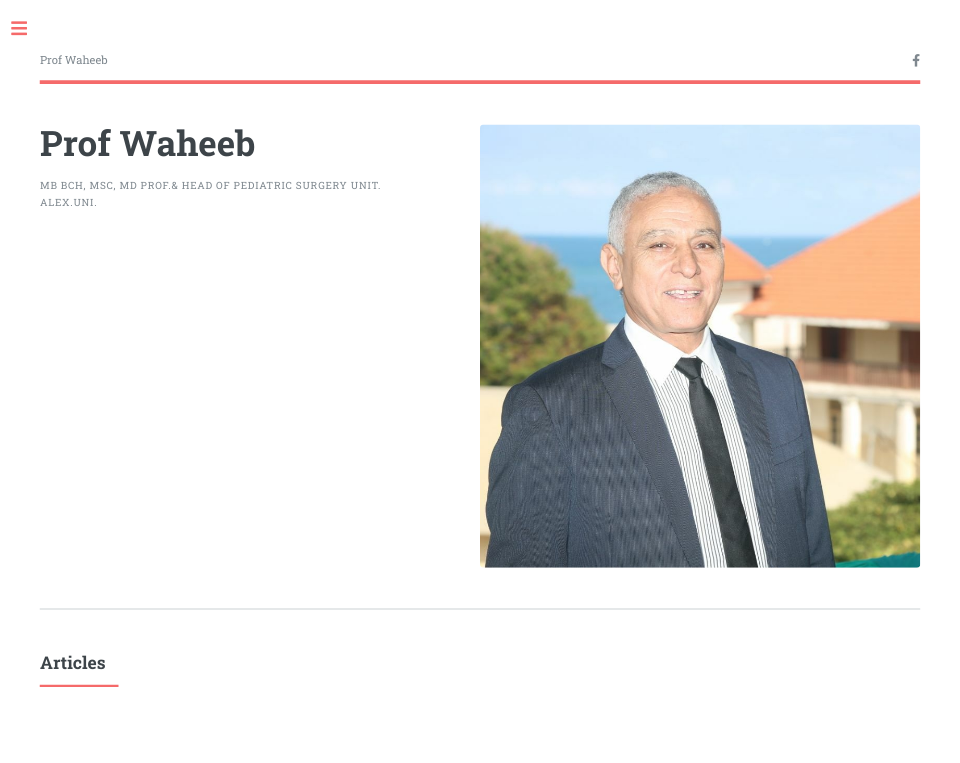
Repository: AmrHash/SaberWaheeb.github.io
Page: http://localhost/
An editor plug-in stored every save of this project. The page is shown before and after the next save, followed by the edit.
The browser window is 1280 px wide. The pictures show the whole page, at 75% of full size.
The page is served by the project's application, run on Django 3.2 (manage.py). Other server files are loaded and not shown. The page reads the database file committed with the project.

Above is the page before, as saved 2020-12-21 23:00:59.

### website/templates/index.html

{% load static %}

<!DOCTYPE HTML>

<html>
	<head>
		<title>Prof Waheeb</title>
		<meta charset="utf-8" />
		<meta name="viewport" content="width=device-width, initial-scale=1, user-scalable=no" />
		<link rel="stylesheet" href="{% static 'assets/css/main.css'%}"
	<body class="is-preload">

		<!-- Wrapper -->
			<div id="wrapper">

				<!-- Main -->
					<div id="main">
						<div class="inner">

							<!-- Header -->
								<header id="header">
									<a href="index.html" class="logo"><strong></strong>Prof Waheeb</a>
									<ul class="icons">

										<li><a href="https://www.facebook.com/saber.waheeb.7?fref=ts" class="icon brands fa-facebook-f"><span class="label">Facebook</span></a></li>

									</ul>
								</header>

							<!-- Banner -->
								<section id="banner">
									<div class="content">
										<header>
											<h1>Prof Waheeb<br />
											</h1>
											<p>MB BCH, MSc, MD
												Prof.& Head of pediatric surgery unit. Alex.Uni.</p>
										</header>
										<p></p>

									</div>
									<span class="image object">
										<img src="{% static 'images/profile.jpg'%}" alt="" />
									</span>
								</section>



							<!-- Section -->
								<section>
									<header class="major">
										<h2>
											Articles

										</h2>
									</header>
									<div class="posts">
										{% for post in object_list %}
										<article>
											<a href="{% url 'article-detail' post.pk %}" class="image"><img src="{{post.image}}" alt="" /></a>
											<h3>{{post.title}}</h3> <br>
											<h6> {{post.author}}</h6> <br>

											<p>{{post.body | slice:":200"}}</p>
											<ul class="actions">
												<li><a href="{% url 'article-detail' post.pk %}" class="button">More</a></li>
											</ul>
										</article>
										{% endfor %}
									</div>
								</section>

						</div>
					</div>

				<!-- Sidebar -->
					<div id="sidebar">
						<div class="inner">



							<!-- Menu -->
								<nav id="menu">
									<header class="major">
										<h2>Menu</h2>
									</header>
									<ul>
										<li><a href="{% url 'home'%}">Homepage</a></li>
										<li><a href="{% url 'contact'%}">Get an Appointment</a></li>
										<li><a href="{% url 'bio'%}">Bio</a></li>
										<span class="opener">For Doctors</span>
										<ul>
										<li><a href="{% url 'science'%}">Scientific Publication
										</a></li>
										<li><a href="{% url 'operation'%}">operations</a></li>

										</ul>
										</li>
										<li><a href="#">العربية</a></li>

										<li>

									</ul>
								</nav>



							<!-- Section -->
							<section>

								<li class="icon solid fa-envelope"><a href="#">information@untitled.tld</a></li>
								<li class="icon solid fa-phone">+2 01223312938</li>
								<li class="icon solid fa-home">7 st Ali Alkhshkhany - Al Azaritah
									Shatebi, Qesm Bab Sharqi,
									<br />
									Alexandria Governorate</li>
							</ul>
						</section>

					<!-- Footer -->
						<footer id="footer">
							<p class="copyright">&copy; All rights reserverd.
						</footer>

				</div>
			</div>

	</div>

<!-- Scripts -->
	<script src="{% static 'assets/js/jquery.min.js'%}"></script>
	<script src="{% static 'assets/js/browser.min.js'%}"></script>
	<script src="{% static 'assets/js/breakpoints.min.js'%}"></script>
	<script src="{% static 'assets/js/util.js'%}"></script>
	<script src="{% static 'assets/js/main.js'%}"></script>


</body>
</html>
</html>

### website/views.py
from django.shortcuts import render, get_list_or_404, get_object_or_404
from django.core.mail import send_mail
from django.views.generic import ListView, DetailView
from .models import Post

def home(request):
    return render(request, 'index.html')

class HomeView(ListView):
    model = Post
    template_name = 'index.html'

def bio(request):
    return render(request, 'bio.html')

def contact(request):
    if request.method == "POST":
        message_name = request.POST ["name"]
        message_phone = request.POST ["phone"]
        message = request.POST ["message"]


        # Send An Email
        send_mail(
            message_name,
            message,
            message_phone,
            ['saberwaheeb@gmail.com'],
        )


        return render(request, 'contact.html', {})

    else:
        return render(request, 'contact.html', {})





#Views of the Scientific Research

def Science(request):
    return render(request, 'science.html')




#Views of the Operation

def Operation(request):

    return render(request, 'operation_list.html')


class ArticleDetailView(DetailView):
    model = Post
    template_name = 'article_detail.html'

### dentist/urls.py
"""dentist URL Configuration

The `urlpatterns` list routes URLs to views. For more information please see:
    https://docs.djangoproject.com/en/3.1/topics/http/urls/
Examples:
Function views
    1. Add an import:  from my_app import views
    2. Add a URL to urlpatterns:  path('', views.home, name='home')
Class-based views
    1. Add an import:  from other_app.views import Home
    2. Add a URL to urlpatterns:  path('', Home.as_view(), name='home')
Including another URLconf
    1. Import the include() function: from django.urls import include, path
    2. Add a URL to urlpatterns:  path('blog/', include('blog.urls'))
"""
from django.contrib import admin
from django.urls import path ,include
import website.urls

urlpatterns = [
    path('admin/', admin.site.urls),
    path ('', include('website.urls')),


]

### website/urls.py
"""dentist URL Configuration

The `urlpatterns` list routes URLs to views. For more information please see:
    https://docs.djangoproject.com/en/3.1/topics/http/urls/
Examples:
Function views
    1. Add an import:  from my_app import views
    2. Add a URL to urlpatterns:  path('', views.home, name='home')
Class-based views
    1. Add an import:  from other_app.views import Home
    2. Add a URL to urlpatterns:  path('', Home.as_view(), name='home')
Including another URLconf
    1. Import the include() function: from django.urls import include, path
    2. Add a URL to urlpatterns:  path('blog/', include('blog.urls'))
"""

from django.urls import path , include
from . import views
from django.conf import settings
from django.conf.urls.static import static

urlpatterns = [
    path('', views.home, name = 'home'),
    path('articles/<slug:title>' , views.ArticleDetailView.as_view(), name = 'article-detail'),
    path('index.html', views.HomeView.as_view(), name = 'home2'),
    path('contact.html', views.contact, name ='contact'),
    path('bio.html', views.bio, name = 'bio'),
    path('science.html', views.Science, name = 'science'),
    path('operation.html', views.Operation, name = 'operation'),




]+ static(settings.MEDIA_URL, document_root=settings.MEDIA_ROOT)

### website/models.py
from django.db import models

from django.db import models
from django.contrib.auth.models import User
from django.urls import reverse

class Post(models.Model):
    title = models.CharField(max_length=255)
    title_tag = models.CharField(max_length=120, default='Medicine')
    author = models.ForeignKey(User, on_delete=models.CASCADE)
    body = models.TextField()
    img = models.ImageField(upload_to='media', null = True)
    date = models.DateTimeField(auto_now_add=True)




    def __str__(self):
        return self.title + ' | ' + str(self.author)

    def get_absolute_url(self):
        return reverse('home')

### sqlite3.db (the tables this page reads, as SQL)
CREATE TABLE "auth_user" ("id" integer NOT NULL PRIMARY KEY AUTOINCREMENT, "password" varchar(128) NOT NULL, "last_login" datetime NULL, "is_superuser" bool NOT NULL, "username" varchar(150) NOT NULL UNIQUE, "last_name" varchar(150) NOT NULL, "email" varchar(254) NOT NULL, "is_staff" bool NOT NULL, "is_active" bool NOT NULL, "date_joined" datetime NOT NULL, "first_name" varchar(150) NOT NULL);
INSERT INTO "auth_user" VALUES
(1, 'pbkdf2_sha256$216000$fAio4buX3uYS$Zl8Ei822v0v3X7CbHGnmU0thefLsmqBtzLiMtkpX6BE=', '2020-12-21 20:51:04.202578', 1, 'hashem', '', 'amr.m.hashem@gmail.com', 1, 1, '2020-12-21 20:50:28.071981', '');

CREATE TABLE "website_post" ("id" integer NOT NULL PRIMARY KEY AUTOINCREMENT, "title" varchar(255) NOT NULL, "title_tag" varchar(120) NOT NULL, "body" text NOT NULL, "img" varchar(100) NULL, "date" datetime NOT NULL, "author_id" integer NOT NULL REFERENCES "auth_user" ("id") DEFERRABLE INITIALLY DEFERRED);
INSERT INTO "website_post" VALUES
(1, 'Sacrococcygeal Teratoma', 'Medicine', 'Sacrococcygeal teratoma (SCT) is a rare tumor that forms at the base of a baby’s tailbone or other parts of the body. SCT develops from the same type of cells that form the reproductive tissues. When these cells develop abnormally, a tumor can result.

In most cases, the SCT is mild, only requiring treatment after birth. However in severe cases, the SCT can grow rapidly, and become life-threatening during the pregnancy.

If your baby has been diagnosed with SCT, the SSM Health Cardinal Glennon St. Louis Fetal Care Institute is able to comprehensively evaluate and treat this condition, using the safest techniques to treat your child before or after delivery.

The treatment of choice for SCT is complete removal of the tumor after delivery. After surgery, the prognosis for babies with SCT is quite good, with most babies developing normally.', 'media/Sacrococcygeal-Teratoma.png', '2020-12-21 20:57:32.882821', 1),
(2, 'Parasitic Fetus “ Fetus In Feto “', 'Medicine', 'Fetus-in-fetu (FIF) is a rare entity in which malformed parasitic twin grows inside the body of its twin. It is most commonly presented with mass in the abdomen. We present a case of a 15-year-old boy who presented with abdominal mass since infancy. Radiological investigations are suggestive of FIF.', 'media/370965FB00000578-0-image-a-10_1470765616123.jpg', '2020-12-21 21:10:26.873251', 1),
(3, 'Lymphangioma', 'Medicine', 'A lymphangioma can affect any part of the body but usually occurs on the head, neck, or mouth. The swelling is made up of one or many fluid-filled sacs that are caused by a problem with the lymphatic system.

The lymphatic system is part of the immune system and is made up of a network of tubes known as lymph vessels. These vessels transport a fluid called lymph around the body and into the bloodstream.

Lymph nodes positioned around the lymphatic system help rid the body of infection and inflammation.

Lymphangiomas and certain other types of masses related to the lymphatic system are known as lymphatic malformations. These swellings or masses are benign and not associated with cancer.', 'media/2058-Lymphangioma-1296x728-Lymphanioma_Patch.jpg', '2020-12-21 21:11:55.425906', 1);

Loaded but not shown: static/assets/js/jquery.min.js (library); static/assets/js/browser.min.js (common file); static/assets/js/breakpoints.min.js (common file); static/assets/css/fontawesome-all.min.css (library); static/assets/js/util.js (587 lines, source omitted); static/assets/js/main.js (262 lines, source omitted); static/assets/css/main.css (2273 lines, source omitted)

After the next save:
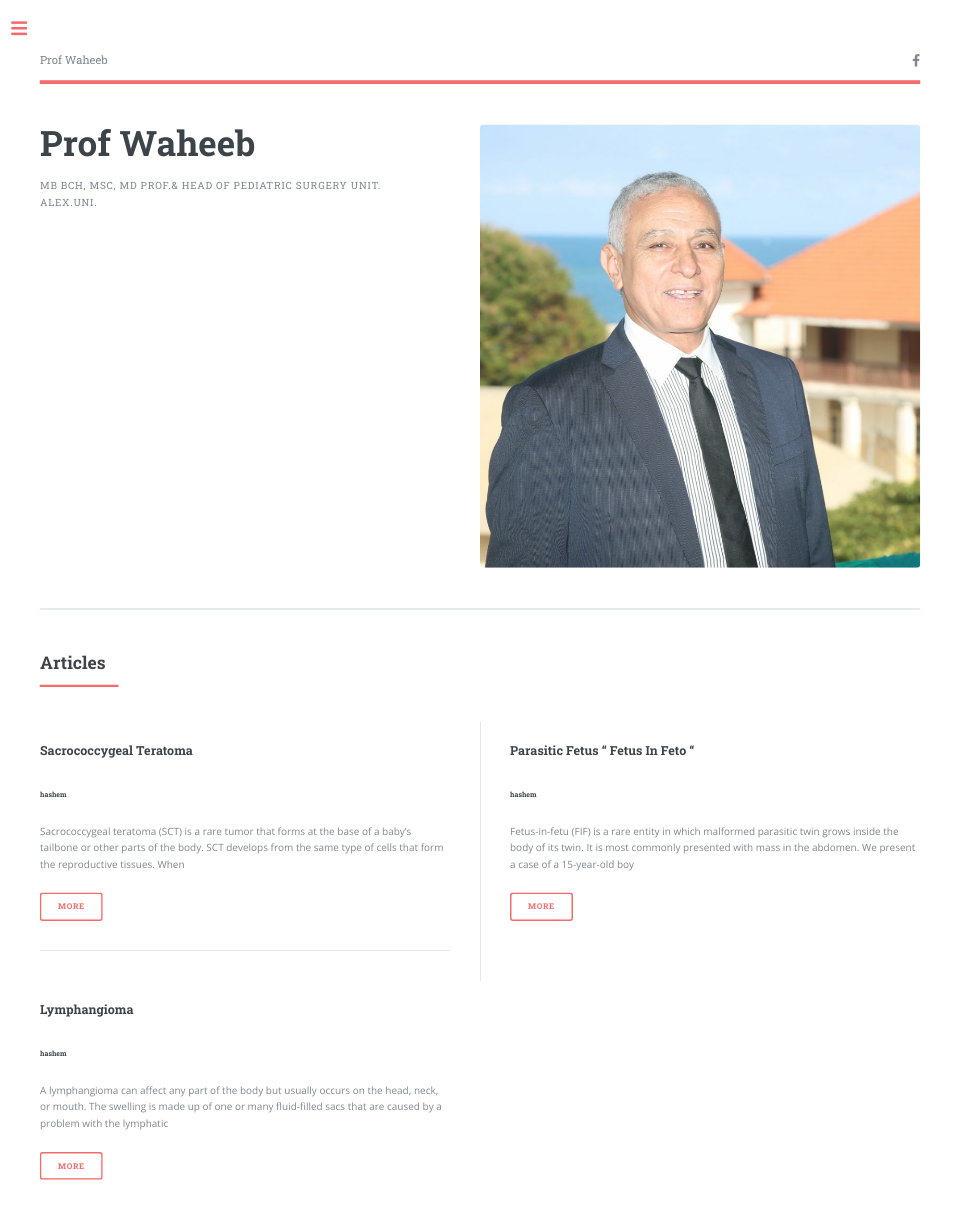
Saved 3 min 43 s later.
--- a/website/urls.py
+++ b/website/urls.py
@@ -20,7 +20,7 @@ from django.conf import settings
 from django.conf.urls.static import static
 
 urlpatterns = [
-    path('', views.home, name = 'home'),
+    path('', views.HomeView.as_view(), name = 'home'),
     path('articles/<slug:title>' , views.ArticleDetailView.as_view(), name = 'article-detail'),
     path('index.html', views.HomeView.as_view(), name = 'home2'),
     path('contact.html', views.contact, name ='contact'),
